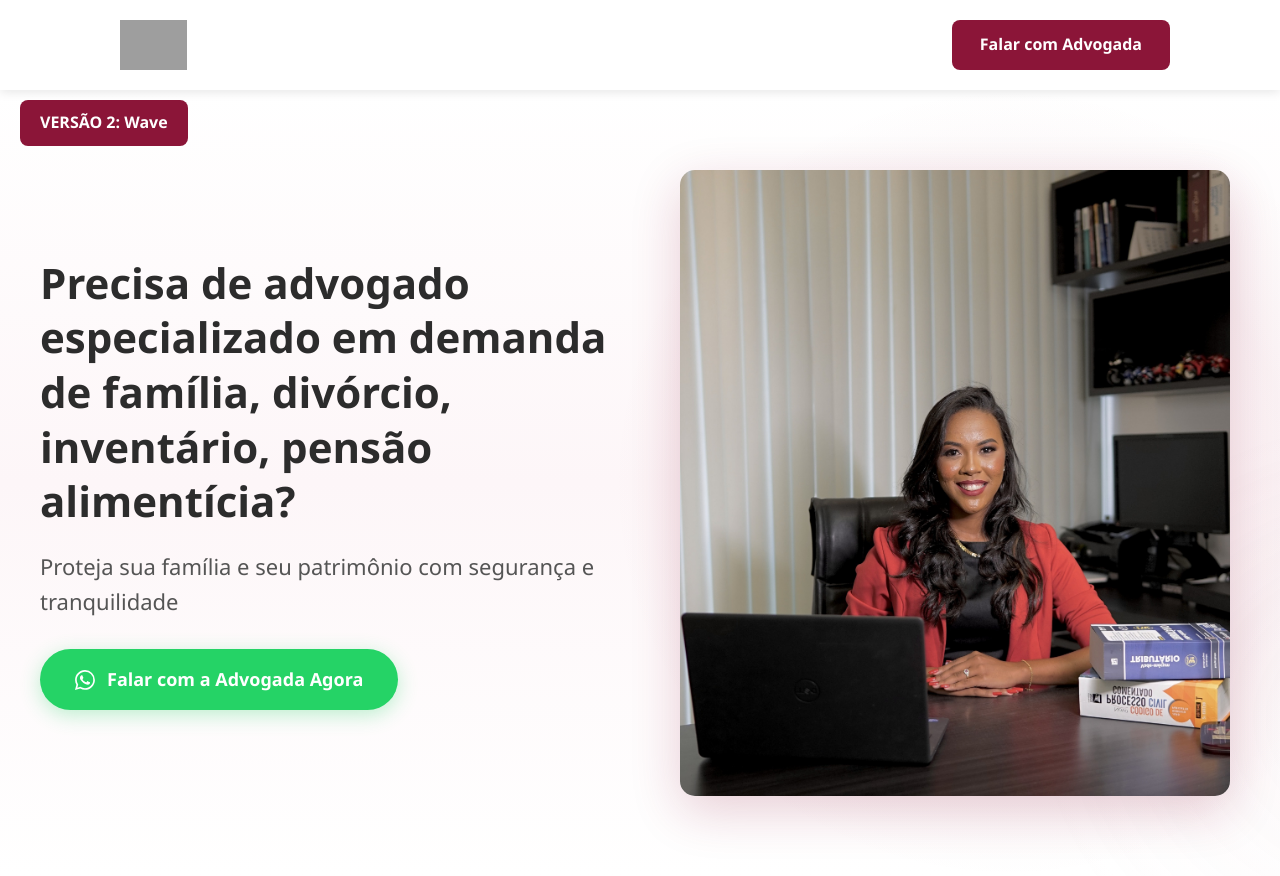
Repository: EmanuelVieiira/landing-page-advocacia
Page: teste.html
These files come from the project's save history. The page is drawn as it stood at one moment and after the next save; the edit follows.
The browser window is 1280 px wide. The pictures show the whole page.
Pictures or frames that could not be fetched are drawn as grey boxes.

Above is the page before, as saved 2026-02-02 21:01:38.

### teste.html
<!DOCTYPE html>
<html lang="pt-BR">
<head>
    <meta charset="UTF-8">
    <meta name="viewport" content="width=device-width, initial-scale=1.0">
    <title>Versão 2 - Wave</title>
    <style>
        * {
            margin: 0;
            padding: 0;
            box-sizing: border-box;
        }

        body {
            font-family: 'Segoe UI', Tahoma, Geneva, Verdana, sans-serif;
            background-color: #f9f9f9;
            color: #333;
            line-height: 1.6;
            overflow-x: hidden;
        }

        header {
            background-color: #ffffff;
            padding: 20px 0;
            box-shadow: 0 2px 10px rgba(0,0,0,0.1);
            position: sticky;
            top: 0;
            z-index: 1000;
        }

        .header-container {
            display: flex;
            justify-content: center;
            align-items: center;
            max-width: 1200px;
            margin: 0 auto;
            padding: 0 20px;
        }

        .logo {
            height: 50px;
            width: auto;
        }

        .btn-whatsapp {
            background-color: #8B1538;
            color: white;
            padding: 12px 28px;
            text-decoration: none;
            border-radius: 8px;
            font-weight: bold;
            display: none;
            align-items: center;
            gap: 10px;
            transition: all 0.3s ease;
            font-size: 16px;
        }

        .hero {
            background: linear-gradient(180deg, #ffffff 0%, #fdf6f8 50%, #ffffff 100%);
            padding: 60px 20px;
            min-height: calc(100vh - 90px);
            display: flex;
            align-items: center;
            position: relative;
            overflow: hidden;
        }

        /* WAVE BACKGROUND */
        .hero::before {
            content: '';
            position: absolute;
            right: 0;
            top: 0;
            width: 100%;
            height: 100%;
            background-image:
                radial-gradient(ellipse 80% 50% at 120% -20%, rgba(139, 21, 56, 0.08) 0%, transparent 50%),
                radial-gradient(ellipse 60% 80% at 110% 80%, rgba(213, 180, 189, 0.12) 0%, transparent 50%);
            opacity: 0.6;
            z-index: 0;
        }

        .hero::after {
            content: '';
            position: absolute;
            right: -10%;
            top: 50%;
            transform: translateY(-50%);
            width: 800px;
            height: 800px;
            background: radial-gradient(circle at center, transparent 30%, rgba(139, 21, 56, 0.03) 50%, transparent 70%);
            z-index: 0;
        }

        .hero-container {
            max-width: 1200px;
            margin: 0 auto;
            display: grid;
            grid-template-columns: 1fr;
            gap: 40px;
            align-items: center;
            position: relative;
            z-index: 1;
        }

        .hero-content {
            text-align: center;
        }

        .hero-content h1 {
            font-size: 28px;
            color: #2c2c2c;
            margin-bottom: 20px;
            line-height: 1.3;
            font-weight: 700;
        }

        .hero-subtitle {
            font-size: 18px;
            color: #555;
            margin-bottom: 30px;
            line-height: 1.6;
        }

        .hero-image {
            display: flex;
            justify-content: center;
            align-items: center;
            order: -1;
            position: relative;
            z-index: 2;
        }

        .hero-image img {
            width: 100%;
            max-width: 450px;
            height: auto;
            border-radius: 15px;
            box-shadow: 0 15px 50px rgba(139, 21, 56, 0.2);
            transition: transform 0.3s ease;
        }

        .hero-image img:hover {
            transform: scale(1.02);
        }

        .btn-cta {
            display: inline-flex;
            align-items: center;
            gap: 12px;
            background-color: #25D366;
            color: white;
            padding: 16px 35px;
            text-decoration: none;
            border-radius: 50px;
            font-weight: bold;
            font-size: 18px;
            transition: all 0.3s ease;
            box-shadow: 0 5px 20px rgba(37, 211, 102, 0.3);
        }

        .btn-cta:hover {
            background-color: #1fb855;
            transform: translateY(-3px);
            box-shadow: 0 8px 25px rgba(37, 211, 102, 0.4);
        }

        .version-label {
            position: fixed;
            top: 100px;
            left: 20px;
            background: #8B1538;
            color: white;
            padding: 10px 20px;
            border-radius: 8px;
            font-weight: bold;
            z-index: 9999;
        }

        @media (min-width: 768px) {
            .header-container {
                justify-content: space-between;
            }

            .logo {
                margin-left: 60px;
            }

            .btn-whatsapp {
                margin-right: 50px;
                display: flex;
            }

            .hero {
                padding: 80px 40px;
            }

            .hero-container {
                grid-template-columns: 1fr 1fr;
                gap: 60px;
            }

            .hero-content {
                text-align: left;
            }

            .hero-content h1 {
                font-size: 42px;
            }

            .hero-subtitle {
                font-size: 22px;
            }

            .hero-image {
                order: 0;
            }

            .hero-image img {
                max-width: 550px;
            }
        }
    </style>
</head>
<body>
    <div class="version-label">VERSÃO 2: Wave</div>

    <header>
        <div class="header-container">
            <img src="logo.png" alt="Logo" class="logo">
            <a href="#" class="btn-whatsapp">Falar com Advogada</a>
        </div>
    </header>

    <section class="hero">
        <div class="hero-container">
            <div class="hero-content">
                <h1>Precisa de advogado especializado em demanda de família, divórcio, inventário, pensão alimentícia?</h1>
                <p class="hero-subtitle">Proteja sua família e seu patrimônio com segurança e tranquilidade</p>
                <a href="#" class="btn-cta">
                    <svg xmlns="http://www.w3.org/2000/svg" width="20" height="20" fill="currentColor" viewBox="0 0 16 16">
                        <path d="M13.601 2.326A7.854 7.854 0 0 0 7.994 0C3.627 0 .068 3.558.064 7.926c0 1.399.366 2.76 1.057 3.965L0 16l4.204-1.102a7.933 7.933 0 0 0 3.79.965h.004c4.368 0 7.926-3.558 7.93-7.93A7.898 7.898 0 0 0 13.6 2.326zM7.994 14.521a6.573 6.573 0 0 1-3.356-.92l-.24-.144-2.494.654.666-2.433-.156-.251a6.56 6.56 0 0 1-1.007-3.505c0-3.626 2.957-6.584 6.591-6.584a6.56 6.56 0 0 1 4.66 1.931 6.557 6.557 0 0 1 1.928 4.66c-.004 3.639-2.961 6.592-6.592 6.592zm3.615-4.934c-.197-.099-1.17-.578-1.353-.646-.182-.065-.315-.099-.445.099-.133.197-.513.646-.627.775-.114.133-.232.148-.43.05-.197-.1-.836-.308-1.592-.985-.59-.525-.985-1.175-1.103-1.372-.114-.198-.011-.304.088-.403.087-.088.197-.232.296-.346.1-.114.133-.198.198-.33.065-.134.034-.248-.015-.347-.05-.099-.445-1.076-.612-1.47-.16-.389-.323-.335-.445-.34-.114-.007-.247-.007-.38-.007a.729.729 0 0 0-.529.247c-.182.198-.691.677-.691 1.654 0 .977.71 1.916.81 2.049.098.133 1.394 2.132 3.383 2.992.47.205.84.326 1.129.418.475.152.904.129 1.246.08.38-.058 1.171-.48 1.338-.943.164-.464.164-.86.114-.943-.049-.084-.182-.133-.38-.232z"/>
                    </svg>
                    Falar com a Advogada Agora
                </a>
            </div>
            <div class="hero-image">
                <img src="/img/thaenna_bruna.JPEG" alt="Dra. Thaenna Bruuna">
            </div>
        </div>
    </section>
</body>
</html>

After the next save:
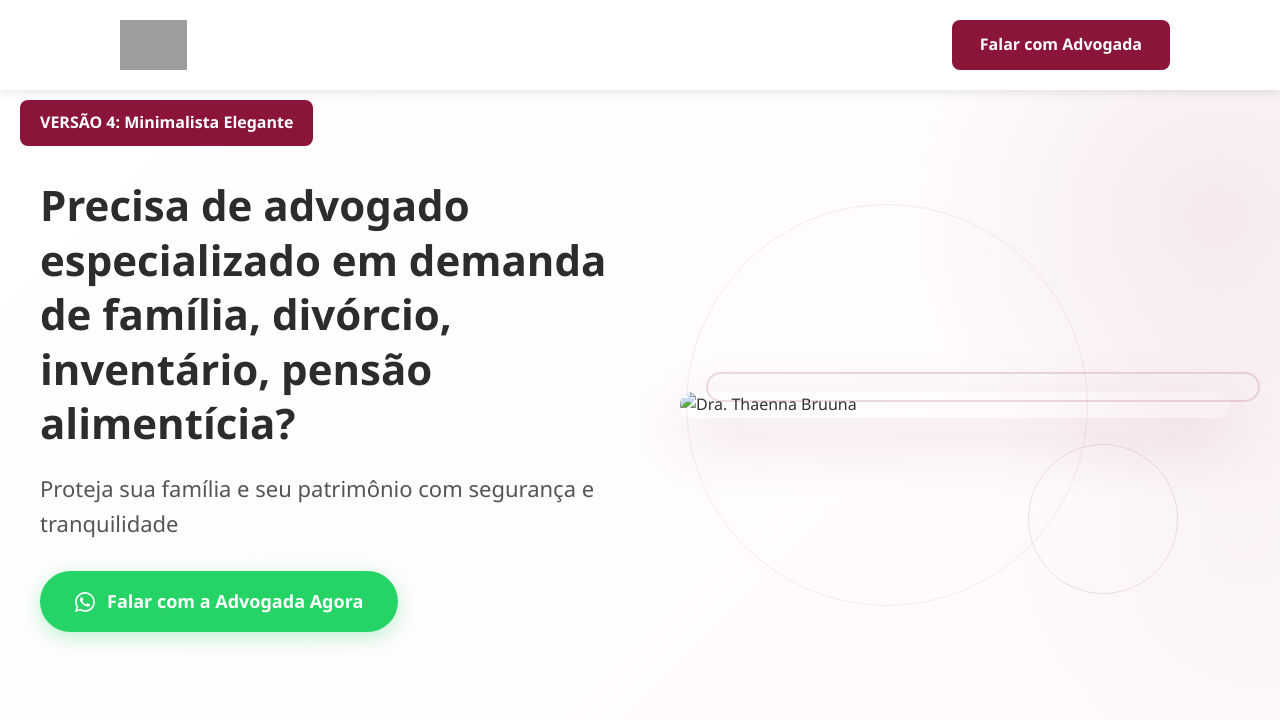
Not found: IMG_2591.JPEG
Saved 43 s later.
--- a/teste.html
+++ b/teste.html
@@ -3,7 +3,7 @@
 <head>
     <meta charset="UTF-8">
     <meta name="viewport" content="width=device-width, initial-scale=1.0">
-    <title>Versão 2 - Wave</title>
+    <title>Versão 4 - Minimalista Elegante</title>
     <style>
         * {
             margin: 0;
@@ -57,7 +57,7 @@
         }
 
         .hero {
-            background: linear-gradient(180deg, #ffffff 0%, #fdf6f8 50%, #ffffff 100%);
+            background: linear-gradient(135deg, #ffffff 0%, #fef9fa 100%);
             padding: 60px 20px;
             min-height: calc(100vh - 90px);
             display: flex;
@@ -66,30 +66,42 @@
             overflow: hidden;
         }
 
-        /* WAVE BACKGROUND */
+        /* MINIMALISTA ELEGANTE */
         .hero::before {
             content: '';
             position: absolute;
             right: 0;
             top: 0;
-            width: 100%;
+            width: 50%;
             height: 100%;
-            background-image:
-                radial-gradient(ellipse 80% 50% at 120% -20%, rgba(139, 21, 56, 0.08) 0%, transparent 50%),
-                radial-gradient(ellipse 60% 80% at 110% 80%, rgba(213, 180, 189, 0.12) 0%, transparent 50%);
-            opacity: 0.6;
+            background:
+                radial-gradient(circle at 90% 20%, rgba(139, 21, 56, 0.08) 0%, transparent 40%),
+                radial-gradient(circle at 95% 70%, rgba(213, 180, 189, 0.1) 0%, transparent 35%);
             z-index: 0;
         }
 
         .hero::after {
             content: '';
             position: absolute;
-            right: -10%;
+            right: 15%;
             top: 50%;
             transform: translateY(-50%);
-            width: 800px;
-            height: 800px;
-            background: radial-gradient(circle at center, transparent 30%, rgba(139, 21, 56, 0.03) 50%, transparent 70%);
+            width: 400px;
+            height: 400px;
+            border: 1px solid rgba(139, 21, 56, 0.08);
+            border-radius: 50%;
+            z-index: 0;
+        }
+
+        /* Círculo decorativo menor */
+        .hero-decoration {
+            position: absolute;
+            right: 8%;
+            bottom: 20%;
+            width: 150px;
+            height: 150px;
+            border: 1px solid rgba(139, 21, 56, 0.12);
+            border-radius: 50%;
             z-index: 0;
         }
 
@@ -132,12 +144,26 @@
             z-index: 2;
         }
 
+        /* Moldura decorativa atrás da imagem */
+        .hero-image::before {
+            content: '';
+            position: absolute;
+            top: -20px;
+            right: -20px;
+            width: 100%;
+            height: 100%;
+            max-width: 450px;
+            border: 2px solid rgba(139, 21, 56, 0.15);
+            border-radius: 15px;
+            z-index: -1;
+        }
+
         .hero-image img {
             width: 100%;
             max-width: 450px;
             height: auto;
             border-radius: 15px;
-            box-shadow: 0 15px 50px rgba(139, 21, 56, 0.2);
+            box-shadow: 0 20px 60px rgba(139, 21, 56, 0.15);
             transition: transform 0.3s ease;
         }
 
@@ -220,11 +246,15 @@
             .hero-image img {
                 max-width: 550px;
             }
+
+            .hero-image::before {
+                max-width: 550px;
+            }
         }
     </style>
 </head>
 <body>
-    <div class="version-label">VERSÃO 2: Wave</div>
+    <div class="version-label">VERSÃO 4: Minimalista Elegante</div>
 
     <header>
         <div class="header-container">
@@ -234,6 +264,7 @@
     </header>
 
     <section class="hero">
+        <div class="hero-decoration"></div>
         <div class="hero-container">
             <div class="hero-content">
                 <h1>Precisa de advogado especializado em demanda de família, divórcio, inventário, pensão alimentícia?</h1>
@@ -246,7 +277,7 @@
                 </a>
             </div>
             <div class="hero-image">
-                <img src="/img/thaenna_bruna.JPEG" alt="Dra. Thaenna Bruuna">
+                <img src="IMG_2591.JPEG" alt="Dra. Thaenna Bruuna">
             </div>
         </div>
     </section>

After the save that followed:
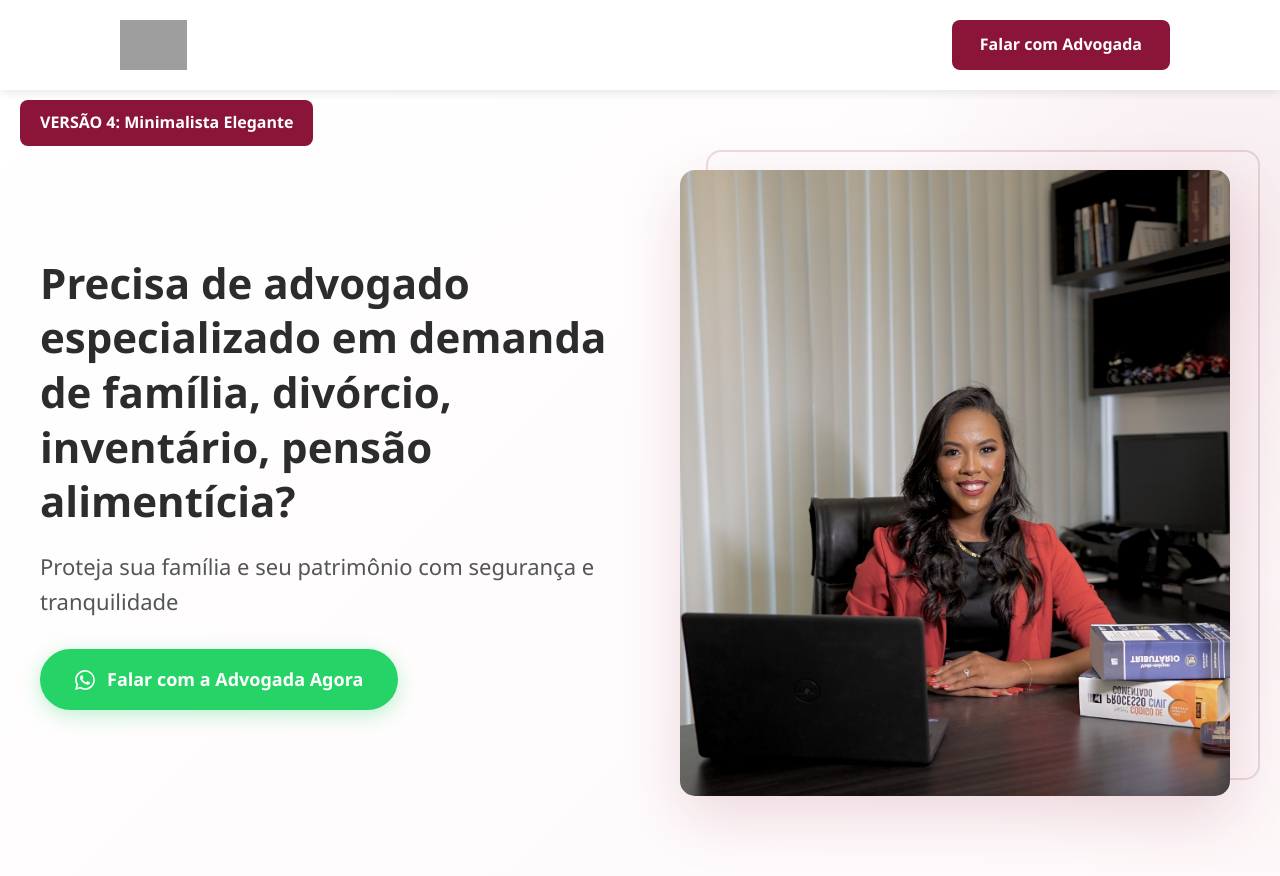
Saved 5 s later.
--- a/teste.html
+++ b/teste.html
@@ -277,7 +277,7 @@
                 </a>
             </div>
             <div class="hero-image">
-                <img src="IMG_2591.JPEG" alt="Dra. Thaenna Bruuna">
+                <img src="img/thaenna_bruna.JPEG" alt="Dra. Thaenna Bruuna">
             </div>
         </div>
     </section>
